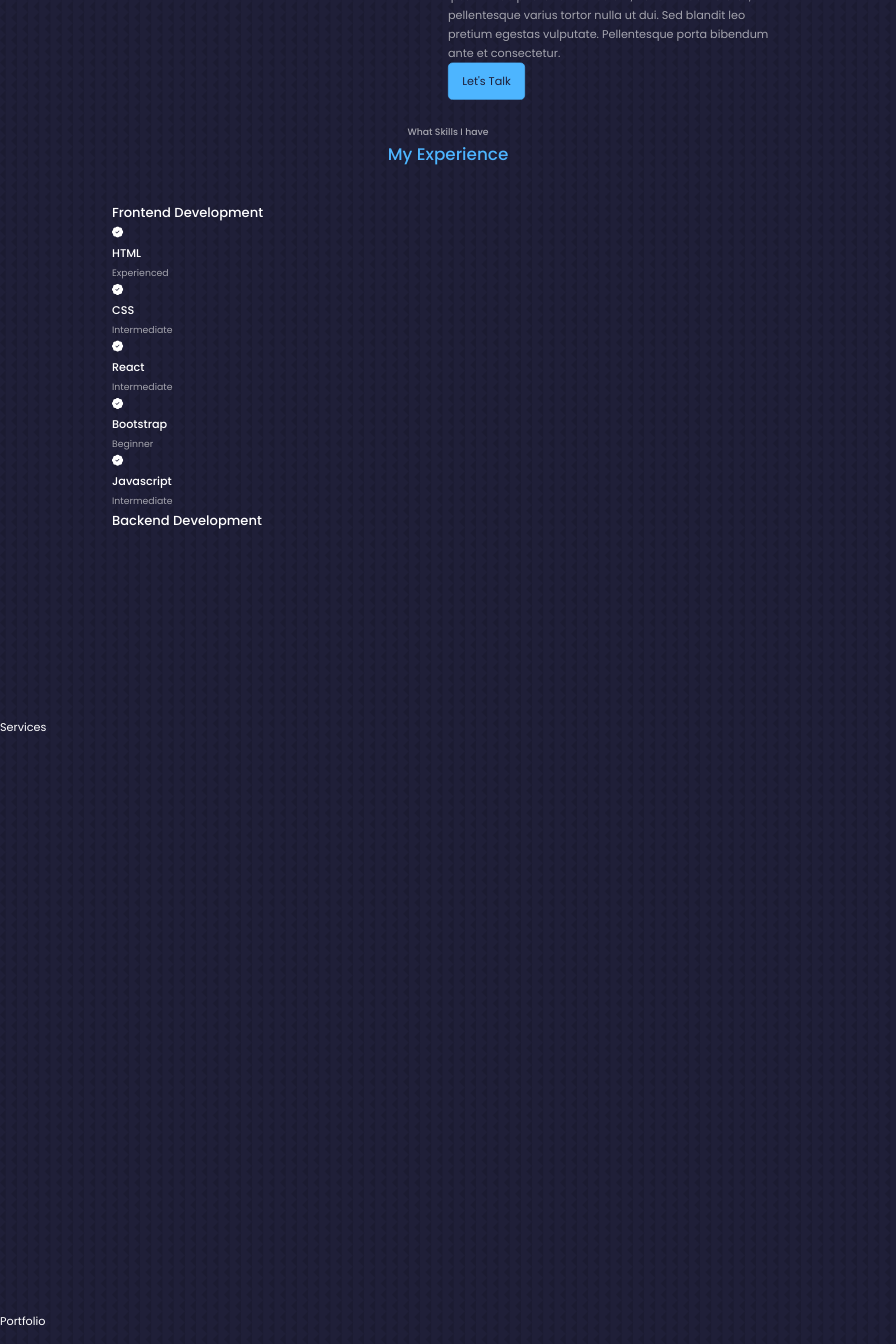
Repository: smallchungus/resumeWebsite
Page: / (app in hello/)
These files come from the project's save history. The page is drawn as it stood at one moment and after the next save; the edit follows.
The browser window is 1280 px wide. The pictures show the part of the page from y = 1519 to 3439 px (the page is 5835 px tall), at 70% of full size.
The project was rebuilt for these pictures with package versions that can differ from the ones it lists, and the page was loaded fresh each time. Also part of the build but not shown: hello/src/components/experience/experience.css, hello/src/components/portfolio/portfolio.css, hello/src/components/contact/contact.css, hello/src/components/footer/footer.css. Imported but missing from the stored project, and not drawn on this page: hello/src/assets/cv.pdf.

Above is the page before, as saved 2023-03-23 19:00:13.

### hello/public/index.html
<!DOCTYPE html>
<html lang="en">

<head>
    <meta charset="UTF-8">
    <meta http-equiv="X-UA-Compatible" content="IE=edge">
    <meta name="viewport" content="width-device-width, initial-scale=1.0">
    <title>Resume Portfolio Website</title>
</head>
<body>
    <div id="root"></div>
</body>
</html>

### hello/src/App.jsx
import React from 'react'
import Header from './components/header/Header'
import Nav from './components/nav/Nav'
import About from './components/about/About'
import Experience from './components/experience/Experience'
import Services from './components/services/Services'
import Portfolio from './components/portfolio/Portfolio'
import Testimonial from './components/testimonial/Testimonial'
import Contact from './components/contact/Contact'
import Footer from './components/footer/Footer'

const App = () => {
  return (
    <>
    <Header />
    <Nav />
    <About />
    <Experience />
    <Services />
    <Portfolio />
    <Testimonial />
    <Contact />
    <Footer />
    </>
  )
}

export default App

### hello/src/index.css
@import url('https://fonts.googleapis.com/css2?family=Poppins:wght@300;400;500;600&display=swap');

*{
    margin: 0;
    padding: 0;
    border :0;
    outline: 0;
    box-sizing: border-box;
    list-style: none;
    text-decoration: none;

}

:root {
    --color-bg: #1f1f38;
    --color-bg-variant: #2c2c6c;
    --color-primary: #4db5ff;
    --color-primary-variant: rgba(77, 181, 255, 0.4);
    --color-white: #fff;
    --color-light: rgba(255,255,255,0.6);

    --transition: all 400ms ease;

    --container-width-lg: 75%;
    --container-width-md: 86%;
    --container-width-sm: 90%;

}

html{
    scroll-behavior: smooth;
}

body{
    font-family: 'Poppins', sans-serif;
    background: var(--color-bg);
    color: var(--color-white);
    line-height: 1.7;
    background-image: url(../src/assets/bg-texture.png)
}

/* ======================= General Styles =================*/

.container{
    width: var(--container-width-lg);
    margin: 0 auto;
}

h1,h2,h3,h4,h5{
    font-weight: 500;
}

h1{
    font-size:2.5rem;

}

section {
    margin-top: 8rem;
    height: 100vh;
}

section > h2, section > h5 {
    text-align: center;
    color: var(--color-light);
}

section > h2 {
    color: var(--color-primary);
    margin-bottom: 3rem;
}

.text-light{
    color:var(--color-light);
}

a{
    color: var(--color-primary);
    transition: var(--transition);
}

a:hover{
    color: var(--color-white);
}

.btn{
    width: max-content;
    display: inline-block;
    color: var(--color-primary);
    padding: 0.75rem 1.2rem;
    border-radius: 0.4rem;
    cursor: pointer;
    border: 1px solid var(--color-primary);
    transition: var( --transition );
}

.btn:hover{
    background: var(--color-white);
    color: var(--color-bg);
    border-color: transparent;
}

.btn-primary{
    background: var(--color-primary);
    color: var(--color-bg);
}

img{
    display: block;
    width: 100%;
    object-fit: cover;
}


/*==================Media Queries (Medium Devices ) ============= */
@media screen and (max-width: 1024px) {
    .container{
        width: var(--container-width-md);
    }

    section{
        margin-top: 6rem;
    }
}

/*==================Media Queries (Small Devices ) ============= */
@media screen and (max-width: 600px) {
    .container{
        width: var(--container-width-sm);
    }

    section > h2{
        margin-top: 2rem;
    }
}

### hello/src/components/header/Header.jsx
import React from 'react'
import './header.css'
import CTA from './CTA'
import ME from '../../assets/me.png'
import HeaderSocials from './HeaderSocials'
const Header = () => {
  return (
    <header>
      <div className="container header_container">
        <h5>Hello I'm</h5>
        <h1>William Chen</h1>
        <h5 className='text-light'>Fullstack Developer</h5>
        <CTA />
        <HeaderSocials/>

        <div className="me">
          <img src={ME} alt="me" />
        </div>

        <a href='#contact' className='scroll_down'>Scroll down</a>
      </div>
    </header>
  )
}

export default Header

### hello/src/components/nav/Nav.jsx
import React from 'react'
import './nav.css'
import {AiOutlineHome} from 'react-icons/ai'
import {AiOutlineUser}  from 'react-icons/ai'
import {BiBook} from 'react-icons/bi'
import {RiServiceLine} from 'react-icons/ri'
import {BiMessageSquareDetail} from 'react-icons/bi'
import {useState} from 'react'

const Nav = () => {
  const[activeNav, setActiveNav] = useState('#');
  return (
    <nav>
      <a href="#" onClick={() => setActiveNav('#')} className={activeNav === '#' ? 'active' : ''}><AiOutlineHome/></a>
      <a href="#about" onClick={() => setActiveNav('#about')} className={activeNav === '#about' ? 'active' : ''}><AiOutlineUser/></a>
      <a href="#experience" onClick={() => setActiveNav('#experience')} className={activeNav === '#experience' ? 'active' : ''}><BiBook/></a>
      <a href="#services" onClick={() => setActiveNav('#services')} className={activeNav === '#services' ? 'active' : ''}><RiServiceLine/></a>
      <a href="#contact" onClick={() => setActiveNav('#contact')} className={activeNav === '#contact' ? 'active' : ''}><BiMessageSquareDetail/></a>
    </nav>
  )
}

export default Nav

### hello/src/components/about/About.jsx
import React from 'react'
import './about.css'
import ME from '../../assets/me-about.jpg'
import {FiAward} from 'react-icons/fi'
import {FiUsers} from 'react-icons/fi'
import {VscFolderLibrary} from 'react-icons/vsc'

const About = () => {
  return (
    <section id='about'>
      <h5>Get To Know </h5>
      <h2>About Me</h2>

      <div className="container about_container">
        <div className="about_me" >
          <div className="about_me-image">
          <img src={ME} alt="About Image" />
          </div>
        </div>

        <div className="about_content">
          <div className="about_cards">
            <article className="about_card">
              <FiAward className='about_icon'/>
              <h5>Experience</h5>
              <small>1 Year Working</small>
            </article>
            <article className="about_card">
              <FiUsers className='about_icon'/>
              <h5>Clients</h5>
              <small>200+ clients worldwide</small>
            </article>
            <article className="about_card">
              <VscFolderLibrary className='about_icon'/>
              <h5>Projects</h5>
              <small>80+ completed</small>
            </article>
          </div>
          <p>
          Lorem ipsum dolor sit amet, consectetur adipiscing elit. Etiam lacinia nisl sit amet placerat gravida. Phasellus nibh neque, placerat in faucibus
          id, eleifend id dui. Nunc ultrices condimentum elit eu faucibus. Curabitur sed libero magna. Pellentesque magna dui, egestas sed turpis
          sit amet, pretium dictum orci. Suspendisse vestibulum lacinia elit quis tempus. Integer at enim velit. Aenean scelerisque mollis nulla eu finibus. Aenean eu purus lacinia, ultricies dolor ac, finibus elit.
          Cras quis molestie ante. In tristique arcu libero, et egestas lorem eleifend ut. Maecenas eget sem scelerisque, aliquam nisl quis, consectetur urna. Sed at eros ac arcu iaculis blandit eget nec dui. Nullam porta,
          ipsum vitae pharetra vestibulum, nunc mi lacinia eros, pellentesque varius tortor nulla ut dui. Sed blandit leo pretium egestas vulputate. Pellentesque porta bibendum ante et consectetur.
          </p>
          <a href="#contact" className='btn btn-primary'>Let's Talk</a>

        </div>
      </div>
    </section>
  )
}

export default About

### hello/src/components/experience/Experience.jsx
import React from 'react'
import './experience.css'
import {BsPatchCheckFill} from'react-icons/bs'



const Experience = () => {
  return (
    <section id='experience'>
      <h5>What Skills I have</h5>
      <h2>My Experience</h2>

      <div className="container experience_container">
        <div className="experience_frontend">
          <h3>Frontend Development</h3>
          <div className="experience_content">
            <article className='experience_details'>
              <BsPatchCheckFill />
              <h4>HTML</h4>
              <small className='text-light' >Experienced </small>
            </article>
            <article className='experience_details'>
              <BsPatchCheckFill />
              <h4>CSS</h4>
              <small className='text-light' >Intermediate </small>
            </article>
            <article className='experience_details'>
              <BsPatchCheckFill />
              <h4>React</h4>
              <small className='text-light' >Intermediate </small>
            </article>
            <article className='experience_details'>
              <BsPatchCheckFill />
              <h4>Bootstrap</h4>
              <small className='text-light' >Beginner </small>
            </article>
            <article className='experience_details'>
              <BsPatchCheckFill />
              <h4>Javascript</h4>
              <small className='text-light' >Intermediate </small>
            </article>
          </div>
        </div>



        <div className="experience_backend">
          <h3>Backend Development</h3>
        </div>
      </div>
    </section>
  )
}

export default Experience

### hello/src/components/portfolio/Portfolio.jsx
import React from 'react'
import './portfolio.css'


const Portfolio = () => {
  return (
    < section id='portfolio'>Portfolio</section>
  )
}

export default Portfolio

### hello/src/components/testimonial/Testimonial.jsx
import React from 'react'
import './testimonial.css'
const Testimonial = () => {
  return (
    <section id='testimonials'>Testimonial</section>
  )
}

export default Testimonial

### hello/src/components/contact/Contact.jsx
import React from 'react'
import './contact.css'
const Contact = () => {
  return (
    <section id='contact'>Contact</section>
  )
}

export default Contact

### hello/src/components/header/header.css
header {
    height: 100vh;
    padding-top: 7rem;
    overflow: hidden;
}

.header_container{
    text-align: center;
    height: 100%;
    position: relative;
}

/*========================= CTA ======================= */
.cta {
    margin-top: 2.5rem;
    display: flex;
    gap: 1.2rem;
    justify-content: center;

}

/* ======================= Header Socials ==================== */
.header_socials {
    display: flex;
    flex-direction: column;
    align-items: center;
    gap: 0.8rem;
    position: absolute;
    left: 0;
    bottom: 3rem;

}

.header_socials::after{
    content: '';
    width: 1px;
    height: 2rem;
    background: var(--color-primary);
}

/* ===================== ME ==================*/

.me{
    background: linear-gradient(var(--color-primary), transparent);
    width: 22rem;
    height: 30rem;
    position: absolute;
    left: calc(50% - 11rem);
    margin-top: 4rem;
    border-radius: 12rem 12rem 0 0;
    overflow: hidden;
    padding: 5rem 1.5rem 1.5rem 1.5rem;

}

.scroll_down {
    position: absolute;
    right: -2.3rem;
    bottom: 5rem;
    transform: rotate(90deg);
    font-weight: 300;
    font-size: 0.9rem;
}

@media screen and (max-width: 600px) {
    header {
        height: 100vh;
    }
}

@media screen and (max-width: 600px)
{
    header {
        height: 100vh;
    }

    .header_socials, .scroll_down{
        display: none;
    }
}

### hello/src/components/header/CTA.jsx
import React from 'react'
import CV from '../../assets/cv.pdf'
const CTA = () => {
  return (
    <div className ='cta'>
        <a href={CV} download className='btn'>Download CV</a>
        <a href="#contact" className='btn btn-primary'>Let's Talk</a>
    </div>
  )
}

export default CTA

### hello/src/components/header/HeaderSocials.jsx
import React from 'react'
import {BsLinkedin} from 'react-icons/bs'
import {BsGithub} from 'react-icons/bs'
import {AiFillDribbbleSquare} from 'react-icons/ai'
const HeaderSocials = () => {
  return (
    <div className='header_socials'>
        <a href="https://linkedin.com/willchenn" target="_blank"><BsLinkedin></BsLinkedin></a>
        <a href="https://github.com/smallchungus" target="_blank"><BsGithub></BsGithub></a>
        <a href="https://dribble.com/" target="_blank"><AiFillDribbbleSquare></AiFillDribbbleSquare></a>
        </div>
  )
}

export default HeaderSocials

### hello/src/components/nav/nav.css
nav {
    background: rgba(0, 0, 0, 0.3);
    width: max-content;
    display: block;
    padding: 0.7rem 1.7rem;
    z-index: 2;
    position: fixed;
    left: 50%;
    transform: translateX(-50%);
    bottom: 2rem;
    display: flex;
    gap: 0.8rem;
    border-radius: 3rem;
    backdrop-filter: blur(15px);
}

nav a{
    background: transparent;
    padding: 0.9rem;
    border-radius: 50%;
    display: flex;
    color: var(--color-light);
    font-size: 1.1rem;
}

nav a:hover{
    background: rgba(0,0,0,0.3);
}

nav a.active {
    background: var(--color-bg);
    color: var(--color-white);
}

### hello/src/components/about/about.css
.about_container {
    display: grid;
    grid-template-columns: 35% 50%;
    gap: 15%;
}

.about_me {
    width: 100%;
    aspect-ratio: 1/1;
    border-radius: 2rem;
    background: linear-gradient(
        45deg,
        transparent,
        var(--color-primary),
        transparent
    );
    display: grid;
    place-items: center;
}

.about_me-image{
    border-radius: 2rem;
    overflow: hidden;
    transform: rotate(10deg);
    transition: var(--transition);

}

.about_me-image:hover{
    transform: rotate(0);
}

.about_cards{
    display: grid;
    grid-template-columns: repeat(3, 1fr);
    gap: 1.5rem;
}

.about_card {
    background: var(--color-bg-variant);
    border: 1px solid transparent;
    border-radius: 1rem;
    padding: 2rem;
    text-align: center;
    transition: var(--transition);
}

.about_card:hover {
    background: transparent;
    border-color: var(--color-primary-variant);
    cursor: default;
}

.about_icon {
    color: var(--color-primary);
    font-size: 1.4 rem;
    margin-bottom: 1rem;
}

.about_card h5 {
    font-size: 0.95rem;
}

.about_card small {
    font-size: 0.7 rem;
    color: var(--color-light);
}

.about_content p {
    margin: 2rem 0 2.6 rem;
    color: var(--color-light);
}

@media screen and (max-width: 1024px) {
    .about_container {
        grid-template-columns: 1fr;
        gap: 0;
    }

    .about_me {
        width: 50%;
        margin: 2rem auto 4rem;
    }

    .about_content p{
        margin: 1rem 0 1.5rem;
    }
}

@media screen and (max-width: 600px )
{
    .about_me{
        width: 65%;
        margin: 0 auto 3rem;
    }
    .about_cards {
        grid-template-columns: 1fr 1fr;
        gap: 1rem;
    }
    .about_content {
        text-align: center;
    }
    .about_content p {
        margin: 1.5rem 0;
    }
}

Loaded but not shown: hello/src/index.js (common file); hello/src/components/services/Services.jsx (common file); hello/src/components/footer/Footer.jsx (common file); hello/src/components/experience/experience.css (no copy from this time; the picture is the same without it); hello/src/components/services/services.css (no stored copy; drawn as an empty file); hello/src/components/testimonial/testimonial.css (no stored copy; drawn as an empty file)

After the next save:
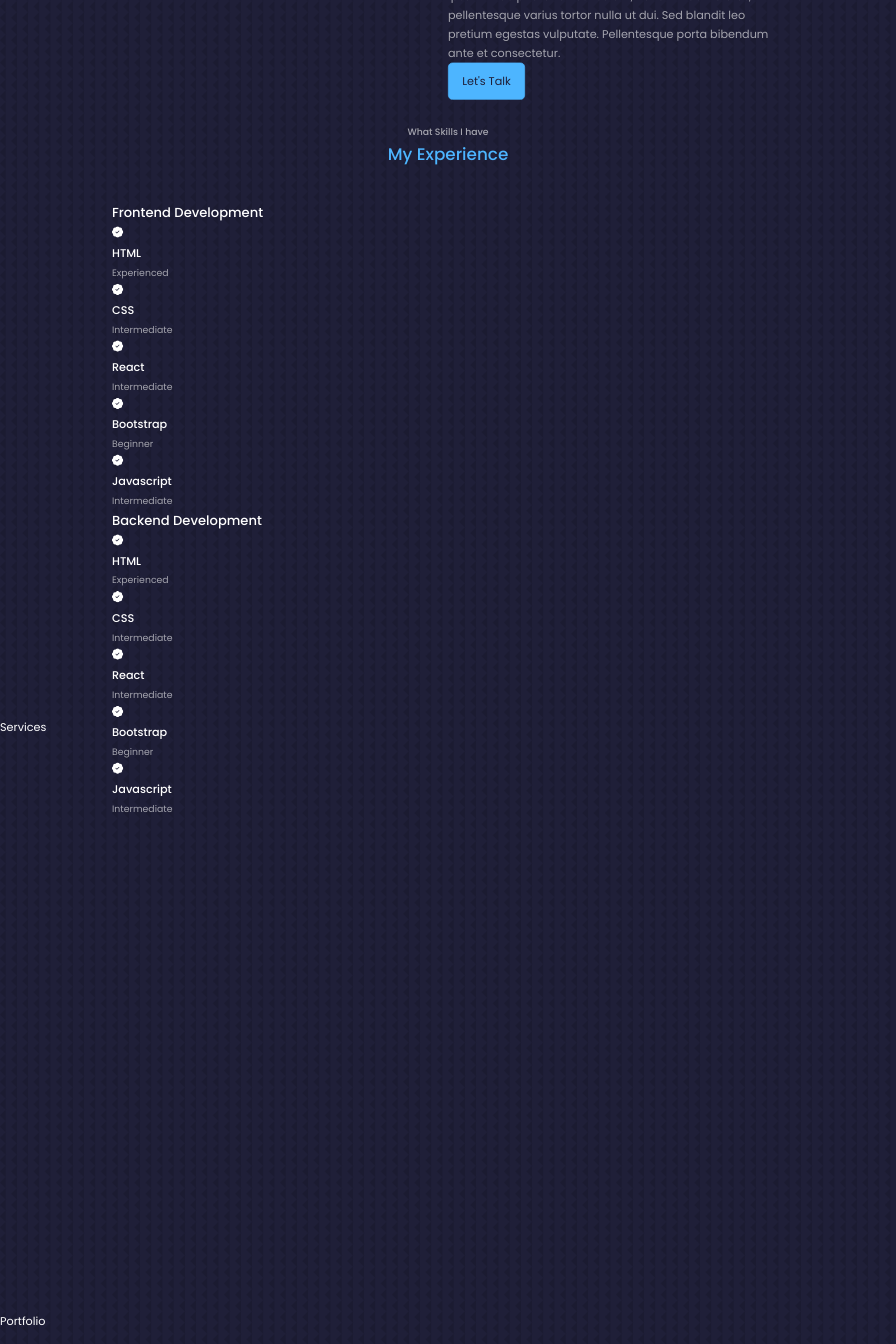
Saved 48 s later.
--- a/hello/src/components/experience/Experience.jsx
+++ b/hello/src/components/experience/Experience.jsx
@@ -46,6 +46,31 @@ const Experience = () => {
 
         <div className="experience_backend">
           <h3>Backend Development</h3>
+          <article className='experience_details'>
+              <BsPatchCheckFill />
+              <h4>HTML</h4>
+              <small className='text-light' >Experienced </small>
+            </article>
+            <article className='experience_details'>
+              <BsPatchCheckFill />
+              <h4>CSS</h4>
+              <small className='text-light' >Intermediate </small>
+            </article>
+            <article className='experience_details'>
+              <BsPatchCheckFill />
+              <h4>React</h4>
+              <small className='text-light' >Intermediate </small>
+            </article>
+            <article className='experience_details'>
+              <BsPatchCheckFill />
+              <h4>Bootstrap</h4>
+              <small className='text-light' >Beginner </small>
+            </article>
+            <article className='experience_details'>
+              <BsPatchCheckFill />
+              <h4>Javascript</h4>
+              <small className='text-light' >Intermediate </small>
+            </article>
         </div>
       </div>
     </section>
